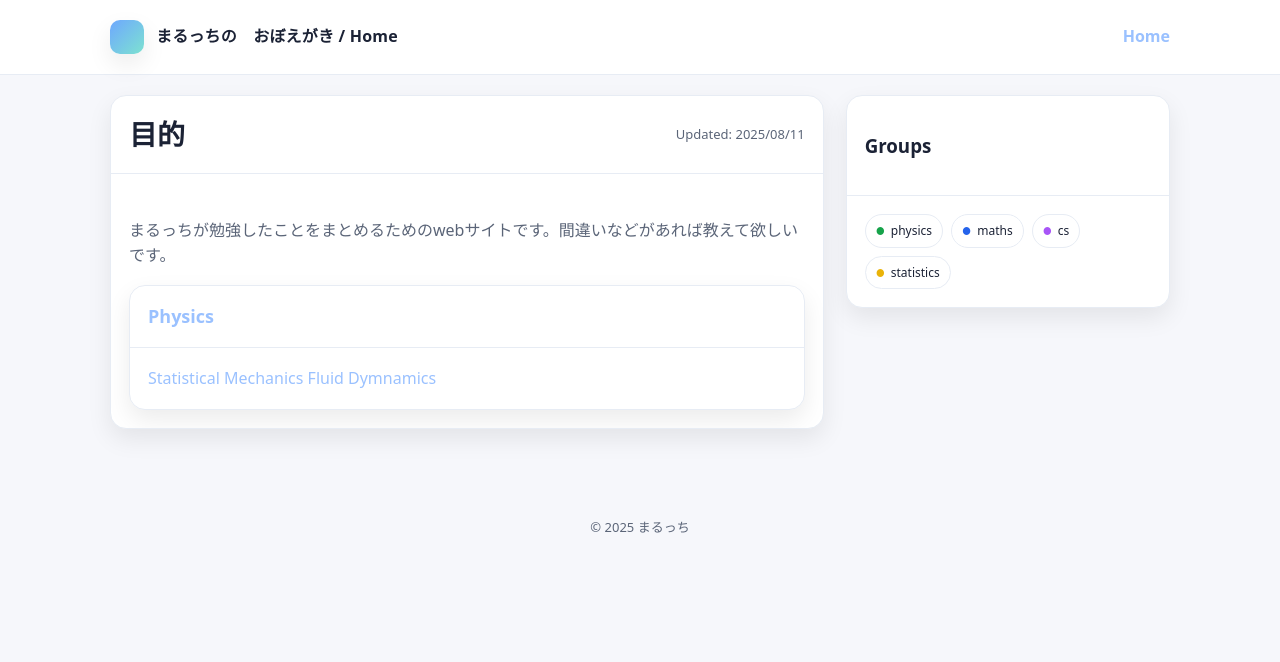
Repository: Riki-Mochimaru/tureduretunedune
Page: index.html
These files come from the project's save history. The page is drawn as it stood at one moment and after a run of saves; the edit follows.
The browser window is 1280 px wide. The pictures show the whole page.

Above is the page before, as saved 2025-08-11 23:52:09.

After the next 3 saves:
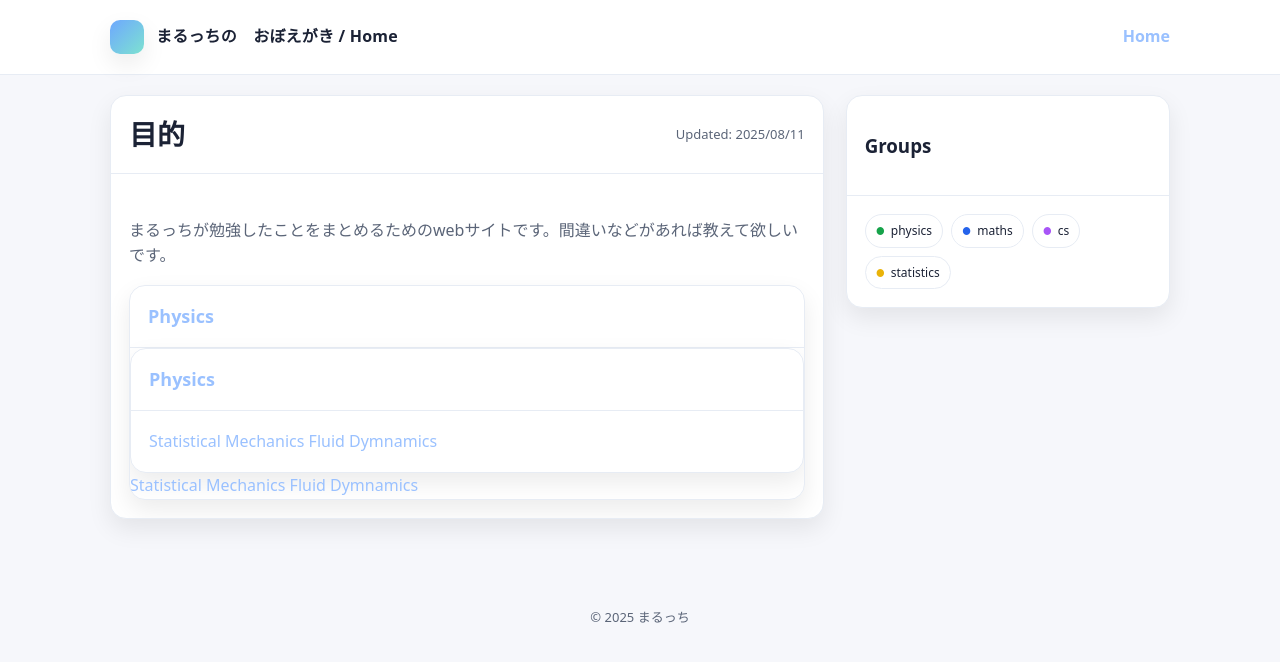
The 3 saves are shown as one change because they came seconds apart.
The last was saved 64 s later.
--- a/index.html
+++ b/index.html
@@ -37,10 +37,16 @@
               <div class="hd"><h2 style="font-size:18px; margin:0;">
               <a href="physics/">Physics</a>
               </h2></div>
-              <div class="bd">
+              <article class="card">
+                <div class="hd"><h2 style="font-size:18px; margin:0;">
+                <a href="physics/">Physics</a>
+                </h2></div>
+                <div class="bd">
+                  <a href="physics/SM/">Statistical Mechanics</a>
+                  <a href="physics/FluidDynamics/">Fluid Dymnamics</a>
+              </article>
                 <a href="physics/SM/">Statistical Mechanics</a>
                 <a href="physics/FluidDynamics/">Fluid Dymnamics</a>
-            </article>
           </div>
         </article>
       </div>
